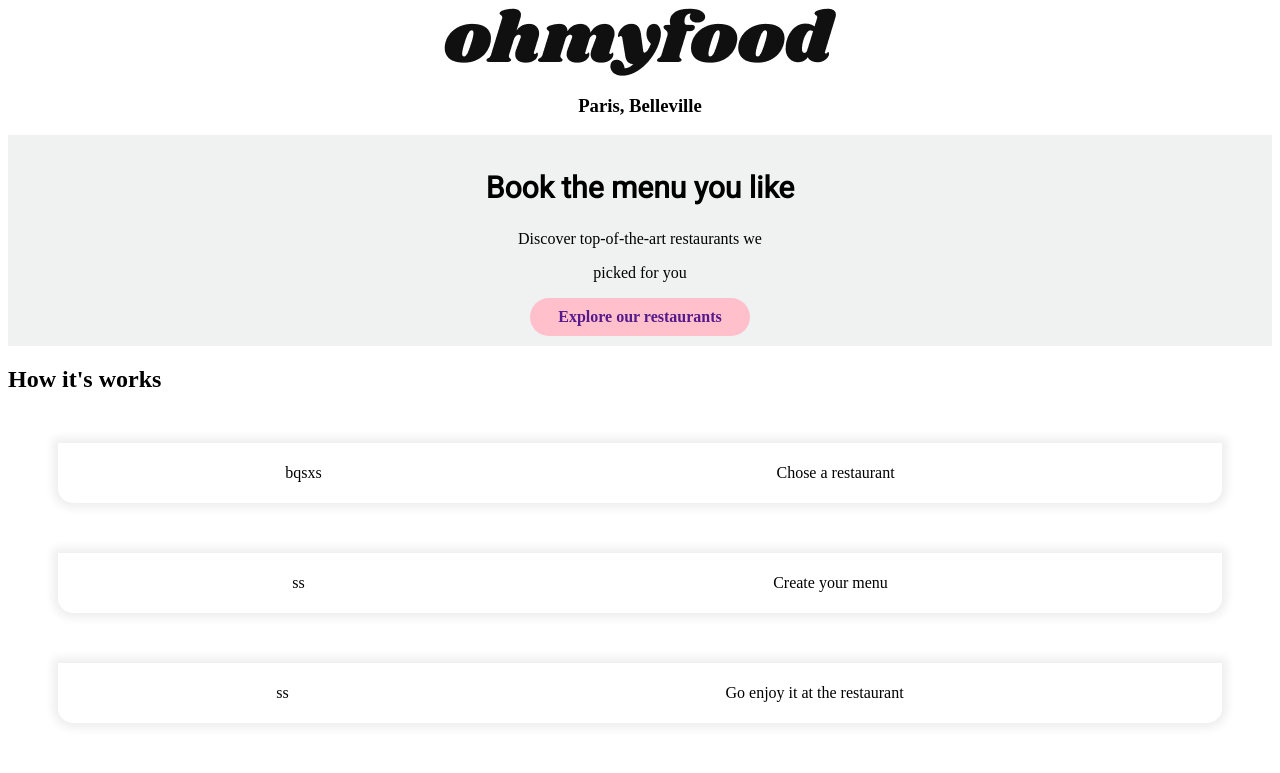
Repository: ailahin/ohmyfood
Page: Index.html
The author's editor kept a copy of each file at every save. The page is drawn from the files as they stood at one save, then again after the next save.
The browser window is 1280 px wide. The pictures show the whole page.
Some web fonts or font styles are not loaded; a fallback is used.

Above is the page before, as saved 2023-08-11 03:26:31.

### Index.html
<!DOCTYPE html>
<html lang="en">
<head>
    <meta charset="UTF-8">
    <meta name="viewport" content="width=device-width, initial-scale=1.0">
    <title>ohmyfood</title>
    <link rel="stylesheet" href="index.css">
    <link rel="preconnect" href="https://fonts.googleapis.com">
    <link rel="preconnect" href="https://fonts.gstatic.com" crossorigin>
    <link href="https://fonts.googleapis.com/css2?family=Raleway&family=Roboto&family=Shrikhand&display=swap" rel="stylesheet">

    <!-- font-family: 'Raleway', sans-serif;
font-family: 'Roboto', sans-serif;
font-family: 'Shrikhand', cursive; -->
<!-- Primary Secondary Tertiary
#9356DC #FF79DA #99E2D0 -->

</head>
<body>
    <header>
        <div class="header-img">
            <img src="/images/logo/ohmyfood.png" alt="">
        </div>

        <div class="header-title">
            <h3> Paris, Belleville</h3>
        </div>

    </header>

    <nav>


        <div>
            <h1 class="nav-title"> Book the menu you like</h1>
        <p class="span-text"> Discover top-of-the-art restaurants we</p>
        <p class="span-text">picked for you</p>
        <a href="" type="button" class="nav-btn"> Explore our restaurants</a>

        </div>

    </nav>

    <section>

        <h1>How it's works</h1>

        <div class="card">
            <div class="card-icon"> bqsxs</div>
            <div class="card-text">Chose a restaurant</div>
        </div>
        <div  class="card">
            <div class="card-icon">ss</div>
            <div class="card-text">Create your menu</div>
        </div>
        <div  class="card">
            <div class="card-icon">ss</div>
            <div class="card-text">Go enjoy it at the restaurant</div>
        </div>

    </section>
    <footer>

    </footer>
</body>
</html>

### index.css


.header-img{
    display: flex;
    align-items: center;
    justify-content:center;

}
.header-title{
    display: flex;
    align-items: center;
    justify-content:center;

}
nav{
    background-color: rgb(240, 241, 241);
    padding: 10px;
    padding-bottom: 10px;
    width: 100%;
    box-sizing: border-box;





    .nav-title{
        align-items: center;
        justify-content: center;
        display: flex;
        font-family: 'Roboto', sans-serif;
        font-size: 30px;

    }

    .span-text{
        align-items: center;
        justify-content: center;
        display: flex;
    }

    .nav-btn {
        display: flex;
        align-items: center;
        justify-content: center;
        background-color: pink;
        width: 200px;
        margin: 0 auto;
        text-decoration: none;
        padding: 10px;
        border-radius: 1000px;
        font-weight: bold;

    }
}
.card{
    box-shadow: 0px 0px 10px 5px rgb(239, 238, 238);
    border-bottom-left-radius: 15px;
    border-bottom-right-radius: 15px;
    margin: 50px;
    height:60px;
    display: flex;
    align-items: center;
    justify-content:space-around

}

.card-text{
    margin-right: 100px;




}

.card-icon{


}

After the next save:
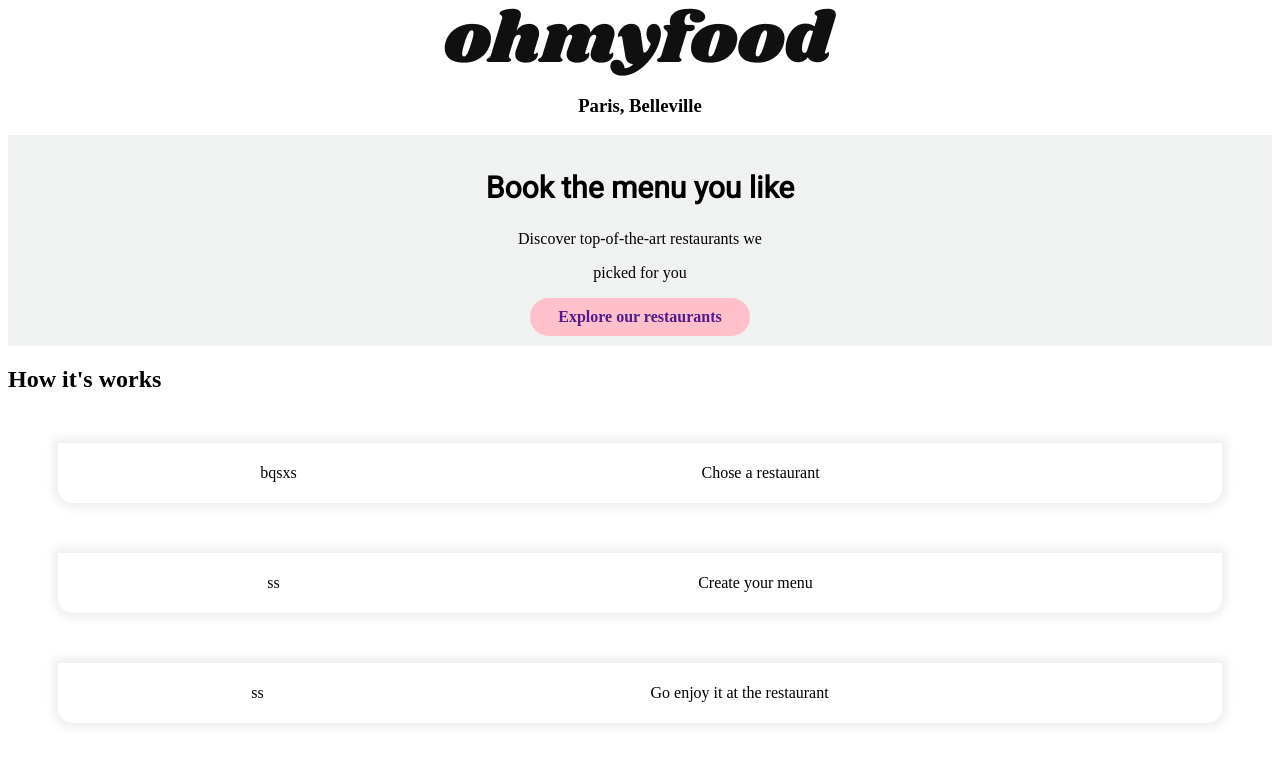
Saved 26 s later.
--- a/index.css
+++ b/index.css
@@ -65,7 +65,7 @@ nav{
 }
 
 .card-text{
-    margin-right: 100px;
+    margin-right: 200px;
 
 
 
